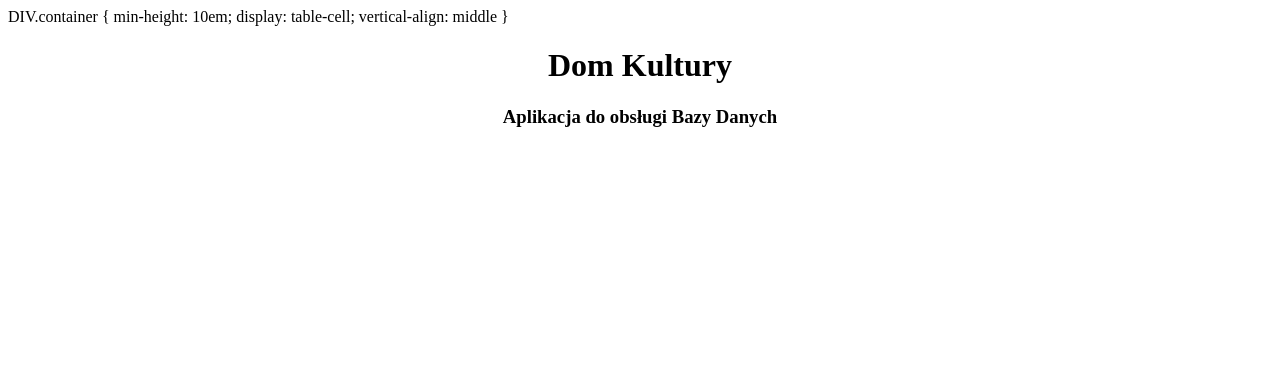
Repository: marcinRuta/houseOfCulture-crud-webapp-database
Page: http://localhost/index
The author's editor kept a copy of each file at every save. The page is drawn from the files as they stood at one save, then again after the next save.
The browser window is 1280 px wide. The pictures show the whole page.
The page is this project's Thymeleaf template; nobody is signed in. The template is opened directly, without the code that normally fills it, so the values that code supplies are empty.

Above is the page before, as saved 2021-01-07 14:25:30.

After the next save:
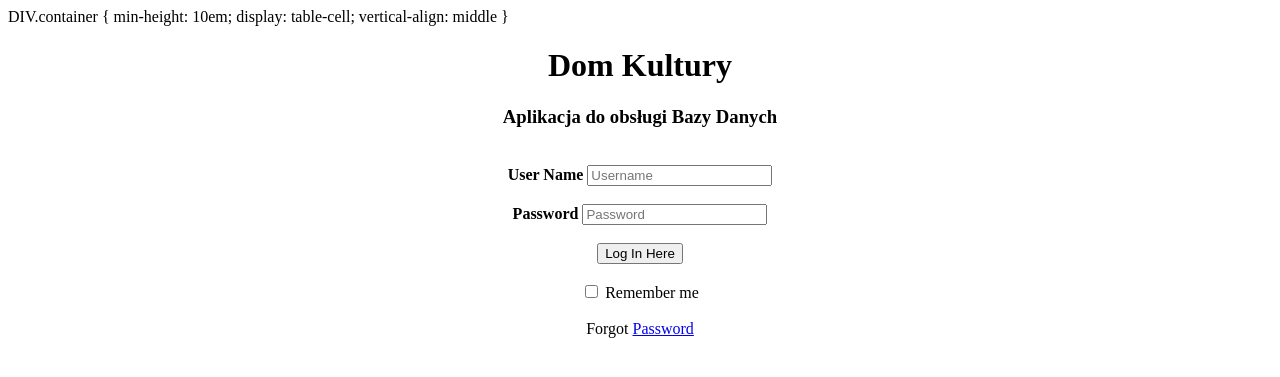
Saved 3 min 49 s later.
--- a/DomKultury/src/main/resources/templates/index.html
+++ b/DomKultury/src/main/resources/templates/index.html
@@ -1,9 +1,5 @@
-DIV.container {
-    min-height: 10em;
-    display: table-cell;
-    vertical-align: middle }
-
-
+DIV.container { min-height: 10em; display: table-cell; vertical-align:
+middle }
 <!DOCTYPE html>
 <html xmlns="http://www.w3.org/1999/xhtml"
 	xmlns:th="http://www.thymeleaf.org">
@@ -19,8 +15,20 @@ DIV.container {
 		<h1>Dom Kultury</h1>
 		<h3>Aplikacja do obsługi Bazy Danych</h3>
 
+		<br>
+		<div class="login">
+			<form id="login" method="get" action="login.php">
+				<label><b>User Name </b> </label> <input type="text" name="Uname"
+					id="Uname" placeholder="Username"> <br>
+				<br> <label><b>Password </b> </label> <input type="Password"
+					name="Pass" id="Pass" placeholder="Password"> <br>
+				<br> <input type="button" name="log" id="log"
+					value="Log In Here"> <br>
+				<br> <input type="checkbox" id="check"> <span>Remember
+					me</span> <br>
+				<br> Forgot <a href="#">Password</a>
+			</form>
 
-
-	</div>
+		</div>
 </body>
 </html>
